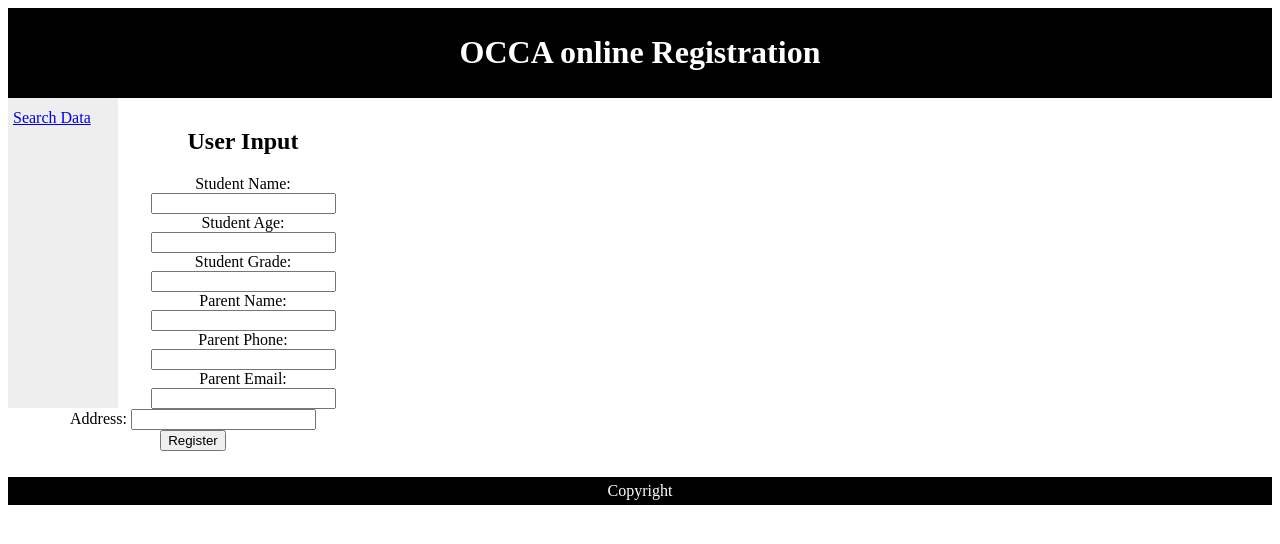
Repository: dreamxia329/TechExercise4830
Page: T3-0325-xia/T3-webProject-Xia/WebContent/WEB-INF/addStudent.html
The author's editor kept a copy of each file at every save. The page is drawn from the files as they stood at one save, then again after the next save.
The browser window is 1280 px wide. The pictures show the whole page.

Above is the page before, as saved 2022-03-30 04:44:20.

### T3-0325-xia/T3-webProject-Xia/WebContent/WEB-INF/addStudent.html
<html>
<head>
<style>
header {
    background-color:black;
    color:white;
    text-align:center;
    padding:5px;
}
nav {
    line-height:30px;
    background-color:#eeeeee;
    height:300px;
    width:100px;
    float:left;
    padding:5px;
}
section {
    width:350px;
    text-align:center;
    padding:10px;
}
footer {
    background-color:black;
    color:white;
    clear:both;
    text-align:center;
    padding:5px;
}
</style>
</head>

<body>
<header>
<h1> OCCA online Registration </h1>
</header>

<nav>
<a href="/T3-webProject-Xia/search.html">Search Data</a> <br>
</nav>

<section>
	<h1>User Input</h1>

	<form action="RegisterServlet" method="POST">

		Student Name: <input type="text" name="studentName"> <br />
		Student Age: <input type="text" name="studentAge"> <br />
		Student Grade: <input type="text" name="studentGrade"> <br />
		Parent Name:  <input type="text" name="parentName"> <br />
		Parent Phone: <input type="text" name="parentPhone"> <br />
		Parent Email: <input type="text" name="parentEmail"> <br />
		Address: <input type="text" name="address"> <br />


		<input type="submit" value="Register" />
	</form>

</section>

<footer>
Copyright
</footer>
</body>
</html>

After the next save:
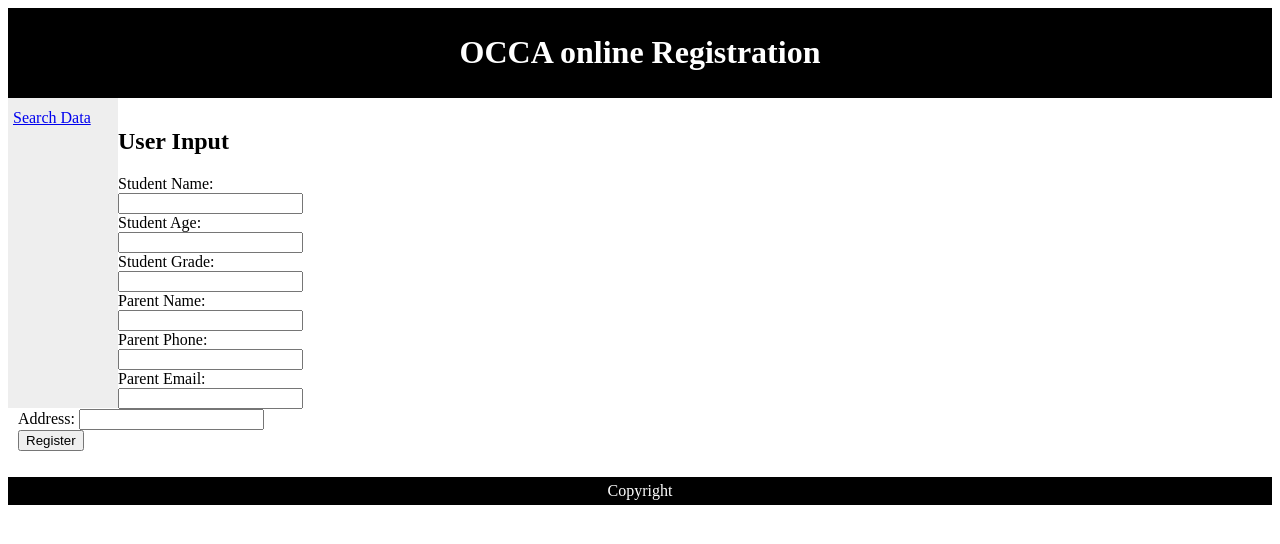
Saved 32 s later.
--- a/T3-0325-xia/T3-webProject-Xia/WebContent/WEB-INF/addStudent.html
+++ b/T3-0325-xia/T3-webProject-Xia/WebContent/WEB-INF/addStudent.html
@@ -17,7 +17,7 @@ nav {
 }
 section {
     width:350px;
-    text-align:center;
+    float:center;
     padding:10px;
 }
 footer {
